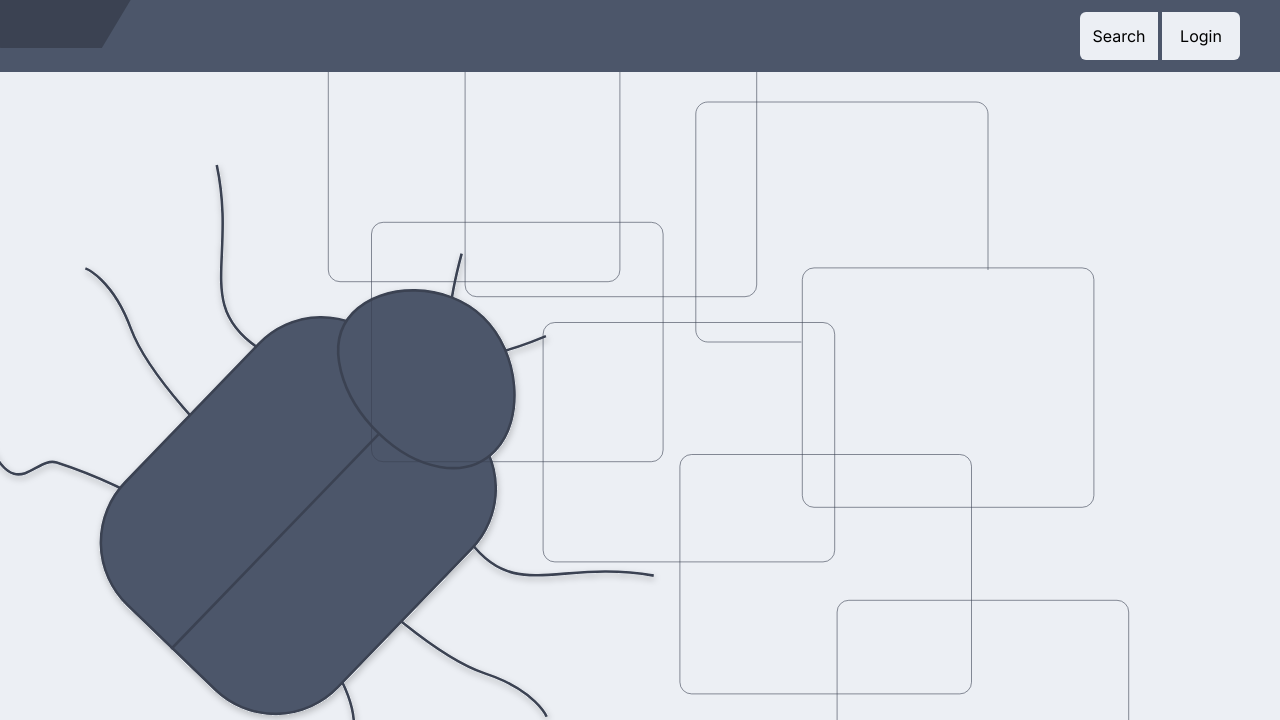
Repository: Qu4ntumGuy/project-bug
Page: /
An editor plug-in stored every save of this project. The page is shown before and after the next save, followed by the edit.
The browser window is 1280 px wide. The pictures show the whole page.
The project was rebuilt for these pictures with package versions that can differ from the ones it lists, and the page was loaded fresh each time. The framework's server and built-in components were replaced by stand-ins that run in the browser. Also part of the build but not shown: next.config.mjs.

Above is the page before, as saved 2024-02-11 23:28:21.

### src/app/layout.js
import { Inter } from "next/font/google";
import "./globals.css";

const inter = Inter({ subsets: ["latin"] });

export default function RootLayout({ children }) {
  return (
    <html lang="en">
      <head>
        <title>Project-bug</title>
        <meta name="description" content="Description goes here." />
        <link rel="preconnect" href="https://fonts.googleapis.com" />
        <link rel="preconnect" href="https://fonts.gstatic.com" crossorigin />
        <link
          href="https://fonts.googleapis.com/css2?family=Fira+Code:wght@300;400;500;600&display=swap"
          rel="stylesheet"
        />
      </head>
      <body className={inter.className}>{children}</body>
    </html>
  );
}

### src/app/page.js
import Navbar from "@/components/Navbar";
import Image from "next/image";
import bug from "../../public/Bug.svg";
import bgdesign from "../../public/bgDesign.svg";
import bgmain from "../../public/bg-main.svg";

export default function Home() {
  const bgimg = "/Bug.svg";
  return (
    <div className="h-screen bg-[#ECEFF4] ">
      <Navbar />
      <div className="flex justify-between h-[90%]">
        <Image className="-ml-20" src={bug} alt="bug" />
        <Image
          className="absolute right-1 h-[90%]"
          src={bgdesign}
          alt="bgdesign"
        />
        {/* <div className="">
          <Image src={bug} alt="bug" />
        </div>
        <div className="">
          <Image src={bgdesign} alt="bgdesign" />
        </div> */}
      </div>
    </div>
  );
}

### src/app/globals.css
@tailwind base;
@tailwind components;
@tailwind utilities;

/* :root {
  --foreground-rgb: 0, 0, 0;
  --background-start-rgb: 214, 219, 220;
  --background-end-rgb: 255, 255, 255;
} */

/* @media (prefers-color-scheme: dark) {
  :root {
    --foreground-rgb: 255, 255, 255;
    --background-start-rgb: 0, 0, 0;
    --background-end-rgb: 0, 0, 0;
  }
} */

body {
  color: rgb(var(--foreground-rgb));
  background: rgba(255, 255, 255, 1);
  font-family: 'Fira Code', monospace;
}

@font-face {
  font-family: "Fira Code";
  src: url("../../public/font/FiraCode-VariableFont_wght.ttf")
    format("truetype");
}


/* @layer utilities {
  .text-balance {
    text-wrap: balance;
  }
} */

### src/components/Navbar.js
import Image from "next/image";
import reactangle from "../../public/Rectangle 5.svg";

export default function Navbar() {
  return (
    <nav className="h-[10%] w-full bg-[#4C566A] flex justify-end">
      <div className="absolute flex -left-1 -top-1">
        <Image
          src={reactangle}
          alt="reactangle"
          height={52}
          className=" rounded-md"
        />
      </div>
      <div className="flex m-3 w-40 mr-10 justify-between">
        <div className="flex bg-[#ECEFF4] w-full mr-1 rounded-l-md items-center justify-center align-middle">
          <button>Search</button>
        </div>
        <div className="flex bg-[#ECEFF4] w-full rounded-r-md items-center justify-center align-middle">
          <button>Login</button>
        </div>
      </div>
    </nav>
  );
}

Loaded but not shown: tailwind.config.js (common file)

After the next save:
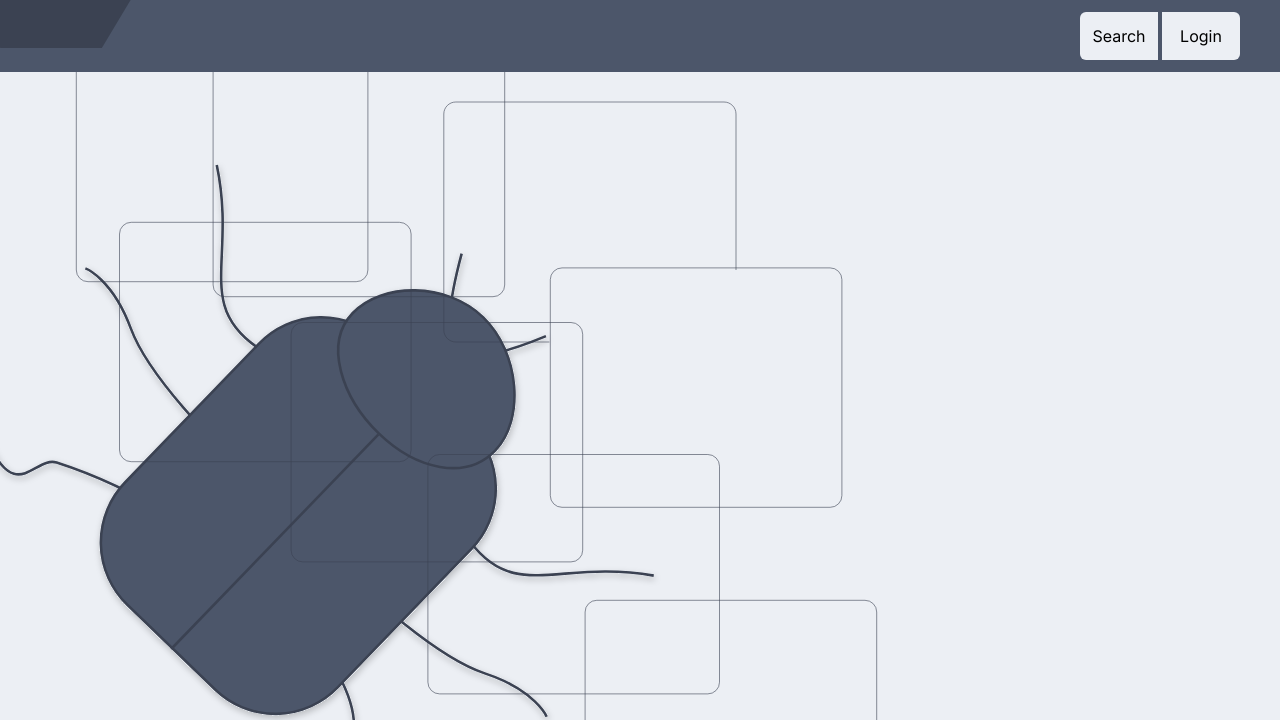
Saved 10 s later.
--- a/src/app/page.js
+++ b/src/app/page.js
@@ -12,7 +12,7 @@ export default function Home() {
       <div className="flex justify-between h-[90%]">
         <Image className="-ml-20" src={bug} alt="bug" />
         <Image
-          className="absolute right-1 h-[90%]"
+          className="absolute right-64 h-[90%]"
           src={bgdesign}
           alt="bgdesign"
         />
